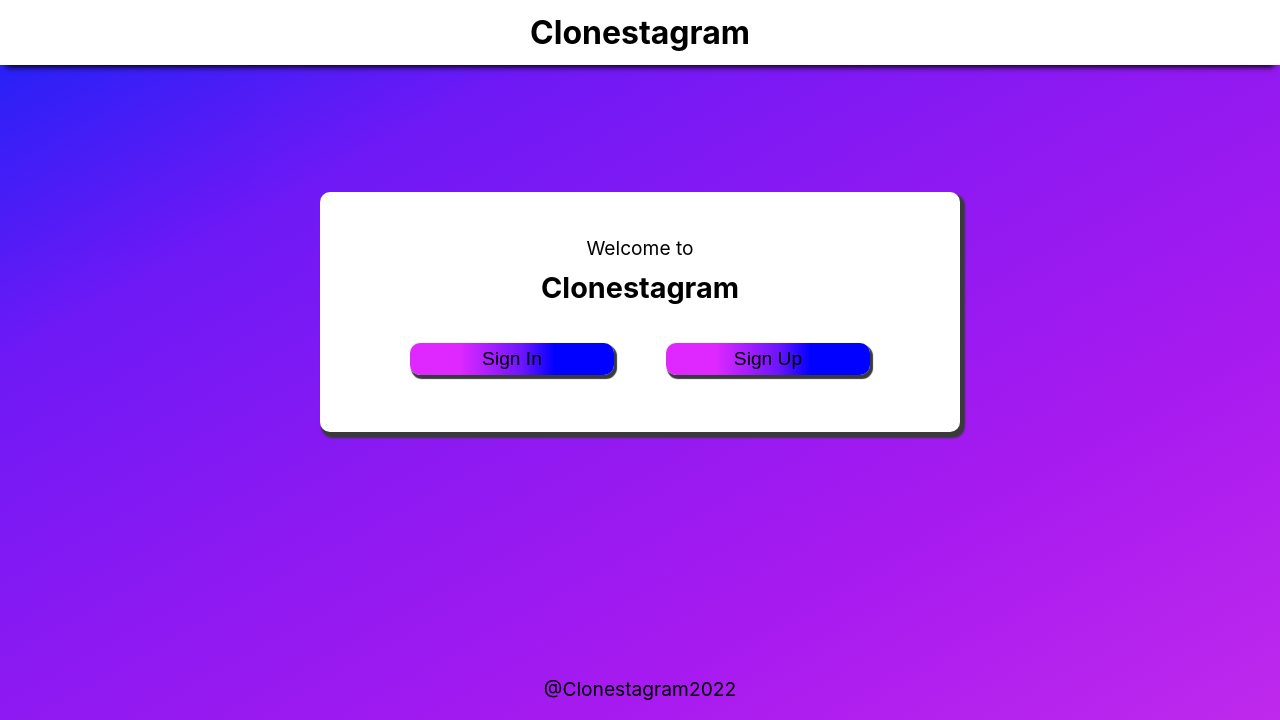
Repository: MikeMoore55/clonestagram
Page: /
An editor plug-in stored every save of this project. The page is shown before and after the next save, followed by the edit.
The browser window is 1280 px wide. The pictures show the whole page.
The project was rebuilt for these pictures with package versions that can differ from the ones it lists, and the page was loaded fresh each time. The framework's server and built-in components were replaced by stand-ins that run in the browser. Also part of the build but not shown: next.config.js.

Above is the page before, as saved 2022-11-18 08:42:05.

After the next save:
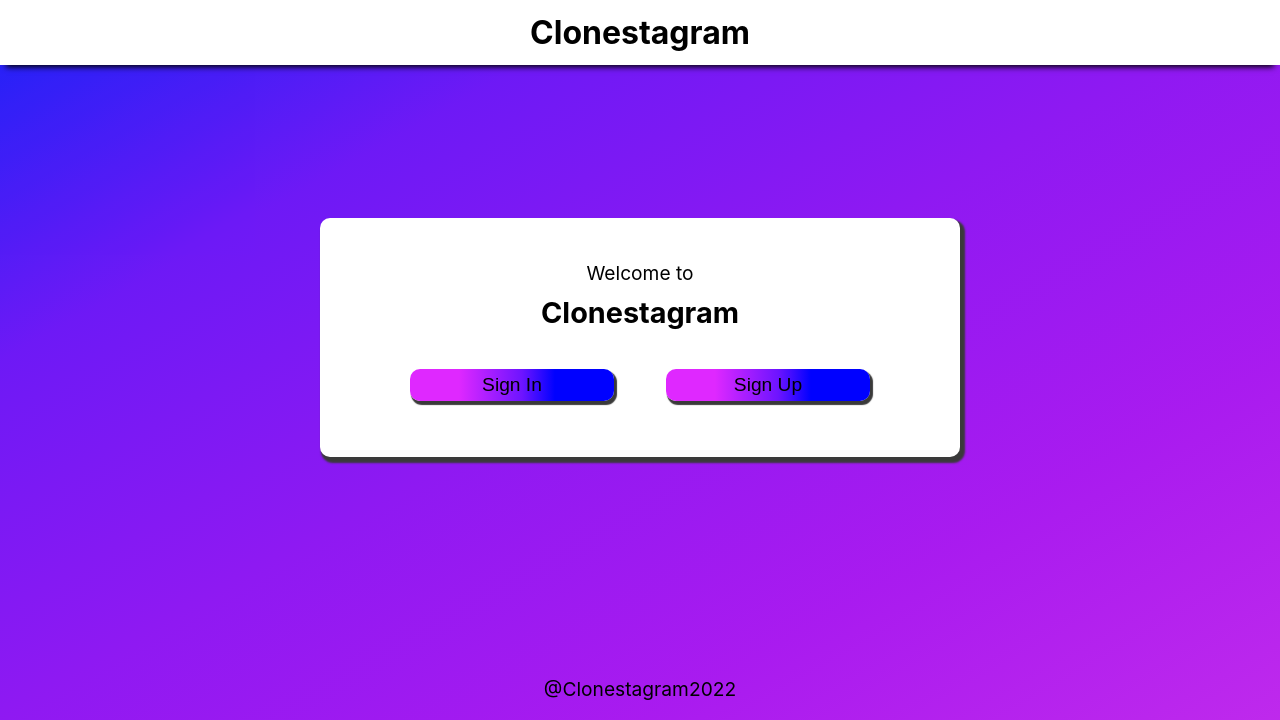
Saved 7 s later.
--- a/styles/Home.module.css
+++ b/styles/Home.module.css
@@ -131,7 +131,7 @@
 
     .greetingContainer {
         width: 50%;
-        margin: 10% 25% 2% 25%;
+        margin: 12% 25% 2% 25%;
         padding: 3% 5% 4% 5%;
         border-radius: 10px;
         box-shadow: 3px 4px 2px 2px rgb(58, 58, 58);
